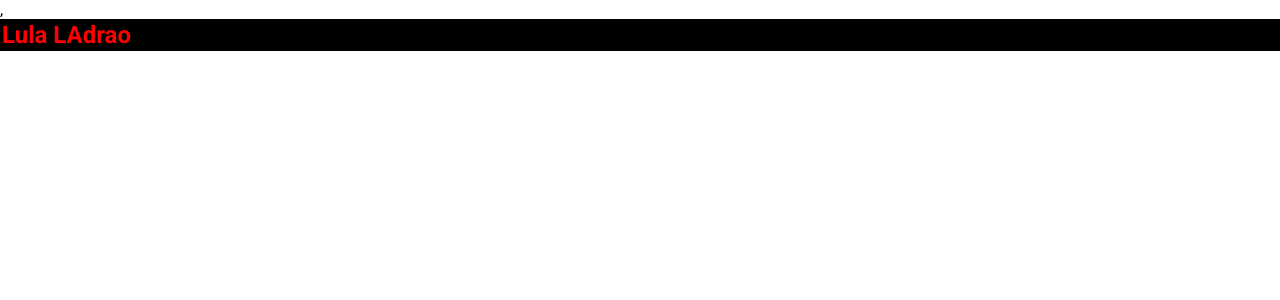
Repository: lcluizrj/meu-projeto-vscode
Page: / (app in cadastro-usuarios-devclub/)
An editor plug-in stored every save of this project. The page is shown before and after the next save, followed by the edit.
The browser window is 1280 px wide. The pictures show the whole page.
The project was rebuilt for these pictures with package versions that can differ from the ones it lists, and the page was loaded fresh each time. Also part of the build but not shown: cadastro-usuarios-devclub/vite.config.js.

Above is the page before, as saved 2026-08-12 18:59:56.

After the next save:
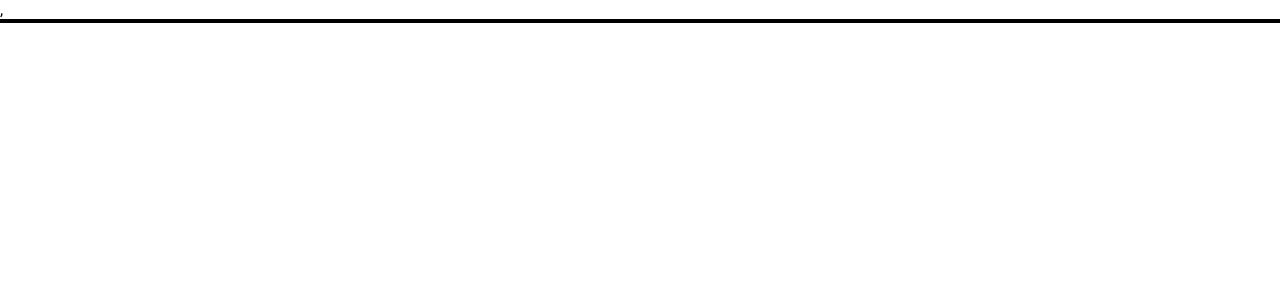
Saved 17 s later.
--- a/cadastro-usuarios-devclub/src/App.jsx
+++ b/cadastro-usuarios-devclub/src/App.jsx
@@ -5,7 +5,7 @@
 return (
   <Container>
 
-    <Title> Lula LAdrao </Title>
+    <Title> </Title>
   </Container>
 )
 

After the save that followed:
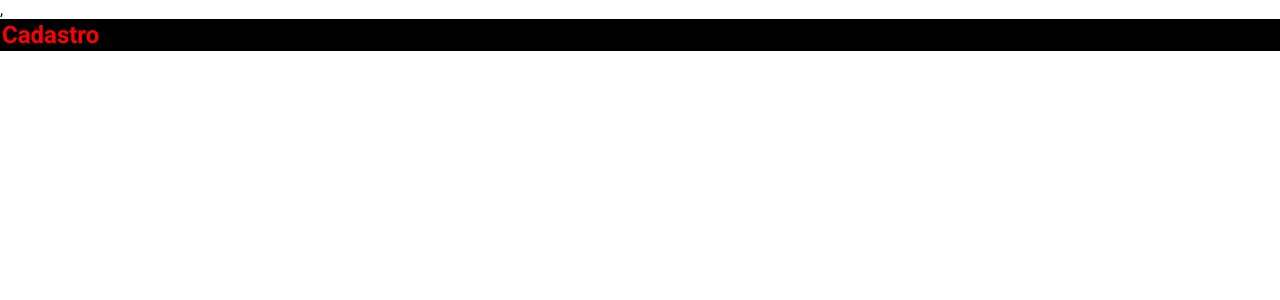
Saved 17 s later.
--- a/cadastro-usuarios-devclub/src/App.jsx
+++ b/cadastro-usuarios-devclub/src/App.jsx
@@ -5,7 +5,7 @@
 return (
   <Container>
 
-    <Title> </Title>
+    <Title> Cadastro </Title>
   </Container>
 )
 
